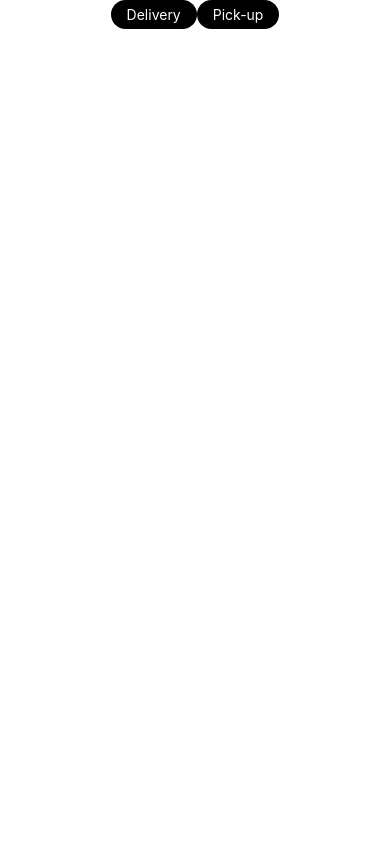
Repository: remydev47/ubereats-frontend
Screen: /
The author's editor kept a copy of each file at every save. The screen is drawn from the files as they stood at one save, then again after the next save.
The app was drawn by React Native's web renderer in a window 390 px wide. The project was rebuilt for these pictures with package versions that can differ from the ones it lists, and the page was loaded fresh each time.

Above is the screen before, as saved 2022-05-28 11:03:44.

### App.js
import { StatusBar } from 'expo-status-bar';
import { StyleSheet, Text, View } from 'react-native';
import Home from './Screens/Home';

export default function App() {
  return (
    <View >
     <Home />
    </View>
  );
}

### Screens/Home.js
import { View, Text } from 'react-native'
import React from 'react'
import HeaderTabs from '../components/HeaderTabs'

export default function Home() {
  return (
    <View>
       <HeaderTabs />
    </View>
  )
}

### components/HeaderTabs.js
import { View, Text, TouchableOpacity } from 'react-native'
import React from 'react'


export default function HeaderTabs () {
  return (
    <View style={{ flexDirection: "row", alignSelf: "center"}}>
      <HeaderButton text='Delivery' />
      <HeaderButton text='Pick-up' />
    </View>
  )
}

const HeaderButton = (props) => {
    return(
            <TouchableOpacity style={{
                backgroundColor: 'black',
                paddingVertical: 6,
                paddingHorizontal: 16,
                borderRadius: 30,
            }}>
             <Text style={{ color: 'white'}}>{props.text}</Text>
            </TouchableOpacity>
    )
}

After the next save:
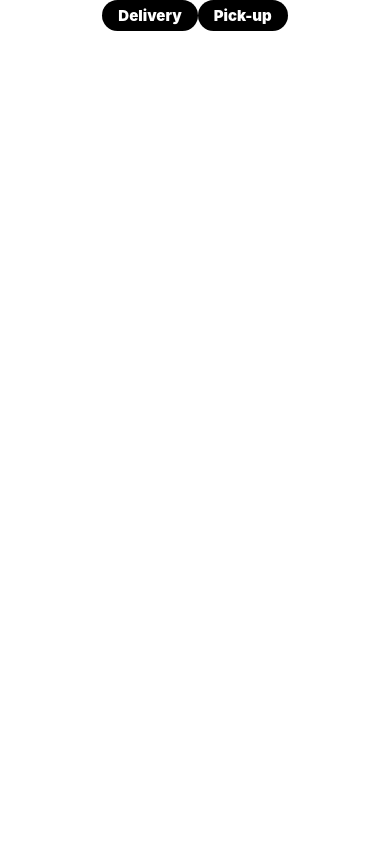
Saved 3 min 12 s later.
--- a/components/HeaderTabs.js
+++ b/components/HeaderTabs.js
@@ -19,7 +19,8 @@
                 paddingHorizontal: 16,
                 borderRadius: 30,
             }}>
-             <Text style={{ color: 'white'}}>{props.text}</Text>
+             <Text style={{ color: 'white', fontSize: 15, fontWeight: "900"}}>
+                {props.text}</Text>
             </TouchableOpacity>
     )
 }
